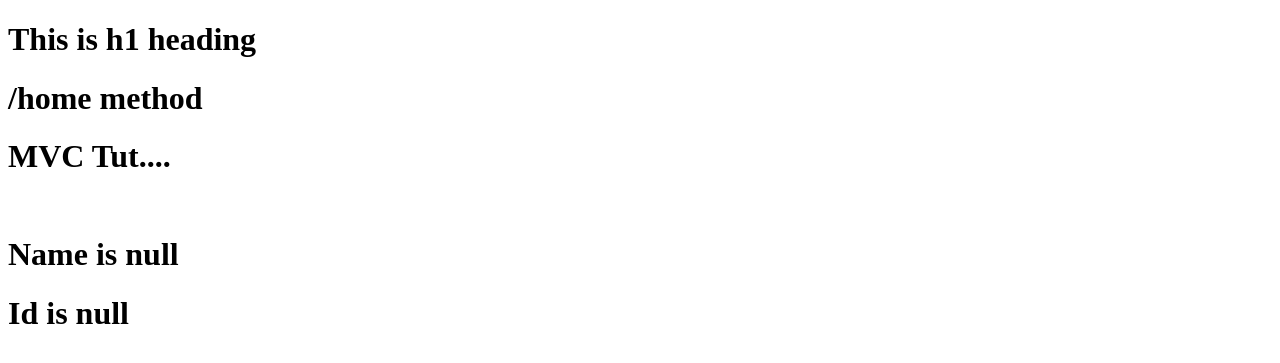
Repository: MarkandaMeher/Spring-Framework
Page: http://localhost/SpringMVC/home
These files come from the project's save history. The page is drawn as it stood at one moment and after the next save; the edit follows.
The browser window is 1280 px wide. The pictures show the whole page.
The page is served by Tomcat 9.

Above is the page before, as saved 2023-02-12 11:53:23.

After the next save:
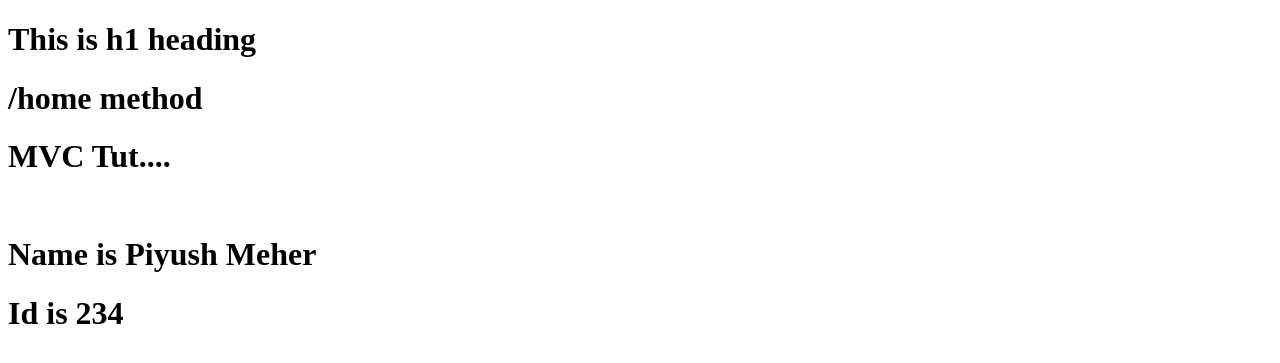
Saved 3 s later.
--- a/SpringMVC/src/main/java/com/spring/controller/HomeController.java
+++ b/SpringMVC/src/main/java/com/spring/controller/HomeController.java
@@ -1,14 +1,17 @@
 package com.spring.controller;
 
 import org.springframework.stereotype.Controller;
+import org.springframework.ui.Model;
 import org.springframework.web.bind.annotation.RequestMapping;
 
 @Controller
 public class HomeController {
 
 	@RequestMapping("/home")
-	public String home() {
+	public String home(Model model) {
 		System.out.println("Inside home method!!");
+		model.addAttribute("name","Piyush Meher");
+		model.addAttribute("id",234);
 		return "index";
 	}
 
